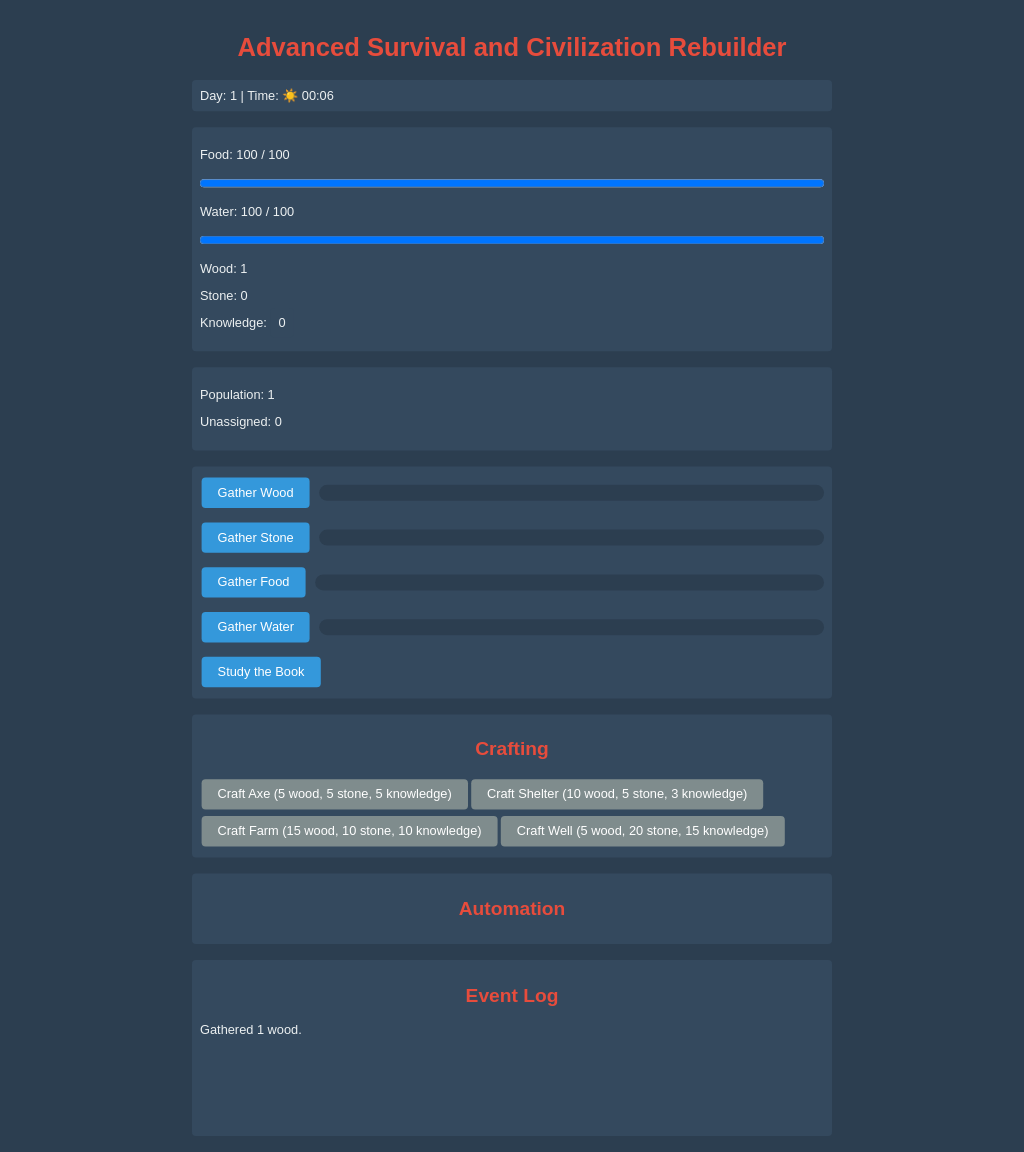
Repository: kingpinzs/afk-post-apocalyptic
Page: index.html
These files come from the project's save history. The page is drawn as it stood at one moment and after the next save; the edit follows.
The browser window is 1280 px wide. The pictures show the whole page, at 80% of full size.
After loading, the first visible `#gather-wood` was clicked once.

Above is the page before, as saved 2024-09-10 09:03:58.

### index.html
<!DOCTYPE html>
<html lang="en">
<head>
    <meta charset="UTF-8">
    <meta name="viewport" content="width=device-width, initial-scale=1.0">
    <title>Advanced Survival and Civilization Rebuilder</title>
    <link rel="stylesheet" href="styles.css">
</head>
<body>
    <div id="game-container">
        <h1>Advanced Survival and Civilization Rebuilder</h1>
        <div id="day-night-cycle">
            Day: <span id="day-count">1</span> | Time: <span id="time-emoji">🌅</span> <span id="time-display">00:00</span>
        </div>
        <div id="resources">
            <p>Food: <span id="food">100</span> / 100</p>
            <progress id="food-bar" value="100" max="100"></progress>
            <p>Water: <span id="water">100</span> / 100</p>
            <progress id="water-bar" value="100" max="100"></progress>
            <p>Wood: <span id="wood">0</span></p>
            <p>Stone: <span id="stone">0</span></p>
            <p>Knowledge: <span id="knowledge">0</span></p>
        </div>
        <div id="population">
            <p>Population: <span id="population-count">1</span></p>
            <p>Unassigned: <span id="unassigned-population">0</span></p>
        </div>
        <div id="actions">
            <div class="gather-action">
                <button id="gather-wood">Gather Wood</button>
                <div class="progress-bar-container">
                    <div id="wood-progress-bar" class="progress-bar"></div>
                </div>
            </div>
            <div class="gather-action">
                <button id="gather-stone">Gather Stone</button>
                <div class="progress-bar-container">
                    <div id="stone-progress-bar" class="progress-bar"></div>
                </div>
            </div>
            <div class="gather-action">
                <button id="gather-food">Gather Food</button>
                <div class="progress-bar-container">
                    <div id="food-progress-bar" class="progress-bar"></div>
                </div>
            </div>
            <div class="gather-action">
                <button id="gather-water">Gather Water</button>
                <div class="progress-bar-container">
                    <div id="water-progress-bar" class="progress-bar"></div>
                </div>
            </div>
            <button id="study">Study the Book</button>
        </div>
        <div id="crafting">
            <h2>Crafting</h2>
            <div id="craftable-items"></div>
        </div>
        <div id="automation">
            <h2>Automation</h2>
            <div id="automation-controls"></div>
        </div>
        <div id="log">
            <h2>Event Log</h2>
            <ul id="event-log"></ul>
        </div>
    </div>

    <div id="puzzle-popup" class="popup">
        <h2 id="puzzle-title"></h2>
        <p id="puzzle-description"></p>
        <input type="text" id="puzzle-answer" placeholder="Enter your answer">
        <button id="submit-puzzle">Submit Answer</button>
    </div>

    <script type="module" src="game.js"></script>
</body>
</html>

### styles.css
body {
    font-family: Arial, sans-serif;
    background-color: #2c3e50;
    color: #ecf0f1;
    margin: 0;
    padding: 0;
}

#game-container {
    max-width: 800px;
    margin: 0 auto;
    padding: 20px;
}

h1, h2 {
    text-align: center;
    color: #e74c3c;
}

#day-night-cycle, #resources, #actions, #crafting, #knowledge, #population, #automation {
    background-color: #34495e;
    border-radius: 5px;
    padding: 10px;
    margin-bottom: 20px;
}

button {
    background-color: #3498db;
    border: none;
    color: white;
    padding: 10px 20px;
    text-align: center;
    text-decoration: none;
    display: inline-block;
    font-size: 16px;
    margin: 4px 2px;
    cursor: pointer;
    border-radius: 5px;
    transition: background-color 0.3s;
}

button:hover {
    background-color: #2980b9;
}

button:disabled {
    background-color: #7f8c8d;
    cursor: not-allowed;
}

#log {
    background-color: #34495e;
    border-radius: 5px;
    padding: 10px;
    height: 200px;
    overflow-y: scroll;
}

#event-log {
    list-style-type: none;
    padding: 0;
}

#event-log li {
    margin-bottom: 5px;
}

progress {
    width: 100%;
    height: 20px;
}

.popup {
    display: none;
    position: fixed;
    top: 50%;
    left: 50%;
    transform: translate(-50%, -50%);
    background-color: #34495e;
    padding: 20px;
    border-radius: 5px;
    z-index: 1000;
}

.popup input {
    width: 100%;
    padding: 5px;
    margin-top: 10px;
}

.popup button {
    margin-top: 10px;
}

.gather-action {
    display: flex;
    align-items: center;
    margin-bottom: 10px;
}

.progress-bar-container {
    flex-grow: 1;
    height: 20px;
    background-color: #2c3e50;
    margin-left: 10px;
    border-radius: 10px;
    overflow: hidden;
}

.progress-bar {
    width: 0;
    height: 100%;
    background-color: #27ae60;
    transition: width 0.1s linear;
}

### game.js
// game.js

import { gameState, CONSTANTS, loadKnowledgeData } from './gameState.js';
import { updateDisplay, updateTimeDisplay, updateTimeEmoji, logEvent } from './ui.js';
import { gatherResource, consumeResources, produceResources, checkPopulationGrowth, study } from './resources.js';
import { updateCraftableItems, submitPuzzleAnswer, showPuzzle } from './crafting.js';
import { updateAutomationControls } from './automation.js';

function initializeGame() {
    loadKnowledgeData().then(() => {
        updateCraftableItems();
        updateAutomationControls();
    });

    // Event listeners
    document.getElementById('gather-wood').addEventListener('click', () => gatherResource('wood'));
    document.getElementById('gather-stone').addEventListener('click', () => gatherResource('stone'));
    document.getElementById('gather-food').addEventListener('click', () => gatherResource('food'));
    document.getElementById('gather-water').addEventListener('click', () => gatherResource('water'));
    document.getElementById('study').addEventListener('click', study);
    document.getElementById('submit-puzzle').addEventListener('click', submitPuzzleAnswer);

    // Start game loop
    setInterval(gameLoop, 1000); // Update every second
}

function gameLoop() {
    updateTime();
    if (gameState.time === 0) { // Start of a new day
        consumeResources();
        produceResources();
        checkPopulationGrowth();
    }
    checkSurvival();
    updateDisplay();
}

function updateTime() {
    gameState.time = (gameState.time + 1) % (CONSTANTS.DAY_LENGTH * 60);
    if (gameState.time === 0) {
        gameState.day += 1;
    }
    updateTimeEmoji();
    updateTimeDisplay();
}

function checkSurvival() {
    if (gameState.food <= 0 || gameState.water <= 0) {
        alert('Game Over! Your population did not survive.');
        resetGame();
    }
}

function resetGame() {
    Object.assign(gameState, {
        food: 100,
        water: 100,
        wood: 0,
        stone: 0,
        knowledge: 0,
        population: 1,
        unassignedPopulation: 0,
        day: 1,
        time: 0,
        craftedItems: {},
        automationAssignments: {}
    });
    updateDisplay();
    updateCraftableItems();
    updateAutomationControls();
}

// Initialize the game
initializeGame();

### gameState.js
// gameState.js

export const gameState = {
    food: 100,
    water: 100,
    wood: 0,
    stone: 0,
    knowledge: 0,
    population: 1,
    unassignedPopulation: 0,
    day: 1,
    time: 0,
    craftedItems: {},
    automationAssignments: {}
};

export const CONSTANTS = {
    DAY_LENGTH: 10, // 10 minutes per day
    DAY_PHASE: 5, // 5 minutes of daylight
    POPULATION_THRESHOLD: 50 // Resources required for population growth
};

export let knowledgeData;

export function loadKnowledgeData() {
    return fetch('knowledge_data.json')
        .then(response => response.json())
        .then(data => {
            knowledgeData = data;
        });
}

### ui.js
// ui.js

import { gameState, CONSTANTS, knowledgeData } from './gameState.js';

export function updateDisplay() {
    document.getElementById('food').textContent = Math.floor(gameState.food);
    document.getElementById('water').textContent = Math.floor(gameState.water);
    document.getElementById('wood').textContent = gameState.wood;
    document.getElementById('stone').textContent = gameState.stone;
    document.getElementById('knowledge').textContent = gameState.knowledge;
    document.getElementById('food-bar').value = gameState.food;
    document.getElementById('water-bar').value = gameState.water;
    document.getElementById('population-count').textContent = gameState.population;
    document.getElementById('unassigned-population').textContent = gameState.unassignedPopulation;
    document.getElementById('day-count').textContent = gameState.day;
}

export function updateTimeDisplay() {
    const hours = Math.floor(gameState.time / 60);
    const minutes = gameState.time % 60;
    document.getElementById('time-display').textContent = `${hours.toString().padStart(2, '0')}:${minutes.toString().padStart(2, '0')}`;
}

export function updateTimeEmoji() {
    const timeEmojiElement = document.getElementById('time-emoji');
    if (gameState.time < CONSTANTS.DAY_PHASE * 60) {
        timeEmojiElement.textContent = '☀️';
    } else {
        timeEmojiElement.textContent = '🌙';
    }
}

export function logEvent(message) {
    const eventLog = document.getElementById('event-log');
    const li = document.createElement('li');
    li.textContent = message;
    eventLog.prepend(li);
    if (eventLog.children.length > 5) {
        eventLog.removeChild(eventLog.lastChild);
    }
}

### resources.js
import { gameState, CONSTANTS } from './gameState.js';
import { logEvent, updateDisplay } from './ui.js';
import { updateAutomationControls } from './automation.js';
import { updateCraftableItems } from './crafting.js';

const gatheringTimes = {
    wood: 5000,  // 5 seconds
    stone: 7000, // 7 seconds
    food: 3000,  // 3 seconds
    water: 2000  // 2 seconds
};

const gatheringProgresses = {
    wood: 0,
    stone: 0,
    food: 0,
    water: 0
};

export function gatherResource(resource) {
    let amount = 1;
    if (resource === 'wood' && gameState.craftedItems.axe) {
        amount = gameState.craftedItems.axe.effect.woodGatheringMultiplier;
    }
    gameState[resource] += amount;
    logEvent(`Gathered ${amount} ${resource}.`);
    updateDisplay();
    updateCraftableItems();
}

export function consumeResources() {
    const consumptionRate = gameState.craftedItems.shelter ? 0.5 : 1;
    const foodConsumption = Math.min(gameState.food, consumptionRate * gameState.population);
    const waterConsumption = Math.min(gameState.water, consumptionRate * gameState.population);

    gameState.food -= foodConsumption;
    gameState.water -= waterConsumption;

    logEvent(`Consumed ${foodConsumption.toFixed(1)} food and ${waterConsumption.toFixed(1)} water for the day.`);
}

export function produceResources() {
    if (gameState.craftedItems.farm) {
        const foodProduced = gameState.craftedItems.farm.effect.foodProductionRate * (gameState.automationAssignments.farm || 0);
        gameState.food += foodProduced;
        logEvent(`Farm produced ${foodProduced.toFixed(1)} food.`);
    }
    if (gameState.craftedItems.well) {
        const waterProduced = gameState.craftedItems.well.effect.waterProductionRate * (gameState.automationAssignments.well || 0);
        gameState.water += waterProduced;
        logEvent(`Well produced ${waterProduced.toFixed(1)} water.`);
    }
    gameState.food = Math.min(gameState.food, 100);
    gameState.water = Math.min(gameState.water, 100);
}

export function checkPopulationGrowth() {
    if (gameState.food >= CONSTANTS.POPULATION_THRESHOLD && gameState.water >= CONSTANTS.POPULATION_THRESHOLD) {
        gameState.population += 1;
        gameState.unassignedPopulation += 1;
        gameState.food -= CONSTANTS.POPULATION_THRESHOLD;
        gameState.water -= CONSTANTS.POPULATION_THRESHOLD;
        logEvent("The population has grown! You have a new unassigned worker.");
        updateAutomationControls();
    }
}

export function study() {
    gameState.knowledge += 1;
    logEvent('Studied the book. Gained 1 knowledge point.');
    updateDisplay();
    updateCraftableItems();
}

### crafting.js
// crafting.js

import { gameState, knowledgeData } from './gameState.js';
import { logEvent, updateDisplay } from './ui.js';
import { updateAutomationControls } from './automation.js';

export function updateCraftableItems() {
    const craftableItemsContainer = document.getElementById('craftable-items');
    craftableItemsContainer.innerHTML = '';
    knowledgeData.items.forEach(item => {
        if (!gameState.craftedItems[item.id]) {
            const canCraft = Object.entries(item.requirements).every(([resource, amount]) => gameState[resource] >= amount);
            const button = document.createElement('button');
            button.textContent = `Craft ${item.name} (${Object.entries(item.requirements).map(([resource, amount]) => `${amount} ${resource}`).join(', ')})`;
            button.disabled = !canCraft;
            button.addEventListener('click', () => showPuzzle(item));
            craftableItemsContainer.appendChild(button);
        }
    });
}

export function submitPuzzleAnswer() {
    const puzzlePopup = document.getElementById('puzzle-popup');
    const itemId = puzzlePopup.dataset.itemId;
    const item = knowledgeData.items.find(i => i.id === itemId);
    if (document.getElementById('puzzle-answer').value.toLowerCase() === item.puzzleAnswer.toLowerCase()) {
        craftItem(item);
        puzzlePopup.style.display = 'none';
    } else {
        alert('Incorrect answer. Try again!');
    }
}

function craftItem(item) {
    Object.entries(item.requirements).forEach(([resource, amount]) => {
        gameState[resource] -= amount;
    });
    gameState.craftedItems[item.id] = item;
    logEvent(`Crafted ${item.name}!`);
    updateDisplay();
    updateCraftableItems();
    updateAutomationControls();
}

// Make sure showPuzzle is exported
export function showPuzzle(item) {
    const puzzlePopup = document.getElementById('puzzle-popup');
    document.getElementById('puzzle-title').textContent = `Craft ${item.name}`;
    document.getElementById('puzzle-description').textContent = item.puzzle;
    document.getElementById('puzzle-answer').value = '';
    puzzlePopup.style.display = 'block';
    puzzlePopup.dataset.itemId = item.id;
}

### automation.js
// automation.js

import { gameState } from './gameState.js';
import { updateDisplay } from './ui.js';

export function updateAutomationControls() {
    const automationControlsContainer = document.getElementById('automation-controls');
    automationControlsContainer.innerHTML = '';
    Object.entries(gameState.craftedItems).forEach(([itemId, item]) => {
        if (item.effect.foodProductionRate || item.effect.waterProductionRate) {
            const div = document.createElement('div');
            div.innerHTML = `
                <p>${item.name}: <span id="${itemId}-assigned">0</span> assigned</p>
                <button id="${itemId}-assign">+</button>
                <button id="${itemId}-unassign">-</button>
            `;
            automationControlsContainer.appendChild(div);

            document.getElementById(`${itemId}-assign`).addEventListener('click', () => assignWorker(itemId));
            document.getElementById(`${itemId}-unassign`).addEventListener('click', () => unassignWorker(itemId));
        }
    });
}

function assignWorker(itemId) {
    if (gameState.unassignedPopulation > 0) {
        gameState.automationAssignments[itemId] = (gameState.automationAssignments[itemId] || 0) + 1;
        gameState.unassignedPopulation -= 1;
        updateAutomationDisplay();
    }
}

function unassignWorker(itemId) {
    if (gameState.automationAssignments[itemId] > 0) {
        gameState.automationAssignments[itemId] -= 1;
        gameState.unassignedPopulation += 1;
        updateAutomationDisplay();
    }
}

function updateAutomationDisplay() {
    Object.entries(gameState.automationAssignments).forEach(([itemId, count]) => {
        const assignedElement = document.getElementById(`${itemId}-assigned`);
        if (assignedElement) {
            assignedElement.textContent = count;
        }
    });
    updateDisplay();
}

### knowledge_data.json
{
    "items": [
      {
        "id": "axe",
        "name": "Axe",
        "description": "Improves wood gathering efficiency",
        "requirements": {
          "wood": 5,
          "stone": 5,
          "knowledge": 5
        },
        "puzzle": "What has a handle and a head, but no arms or legs?",
        "puzzleAnswer": "axe",
        "effect": {
          "woodGatheringMultiplier": 2
        }
      },
      {
        "id": "shelter",
        "name": "Shelter",
        "description": "Reduces resource consumption",
        "requirements": {
          "wood": 10,
          "stone": 5,
          "knowledge": 3
        },
        "puzzle": "I keep you safe, I keep you dry, I'm built with care, up toward the sky. What am I?",
        "puzzleAnswer": "shelter",
        "effect": {
          "resourceConsumptionMultiplier": 0.5
        }
      },
      {
        "id": "farm",
        "name": "Farm",
        "description": "Produces food over time",
        "requirements": {
          "wood": 15,
          "stone": 10,
          "knowledge": 10
        },
        "puzzle": "With seeds and soil, sun and rain, I help your food to grow again. What am I?",
        "puzzleAnswer": "farm",
        "effect": {
          "foodProductionRate": 0.1
        }
      },
      {
        "id": "well",
        "name": "Well",
        "description": "Produces water over time",
        "requirements": {
          "wood": 5,
          "stone": 20,
          "knowledge": 15
        },
        "puzzle": "Deep in the earth, I'm built with care, to bring up something vital and rare. What am I?",
        "puzzleAnswer": "well",
        "effect": {
          "waterProductionRate": 0.2
        }
      }
    ]
  }

After the next save:
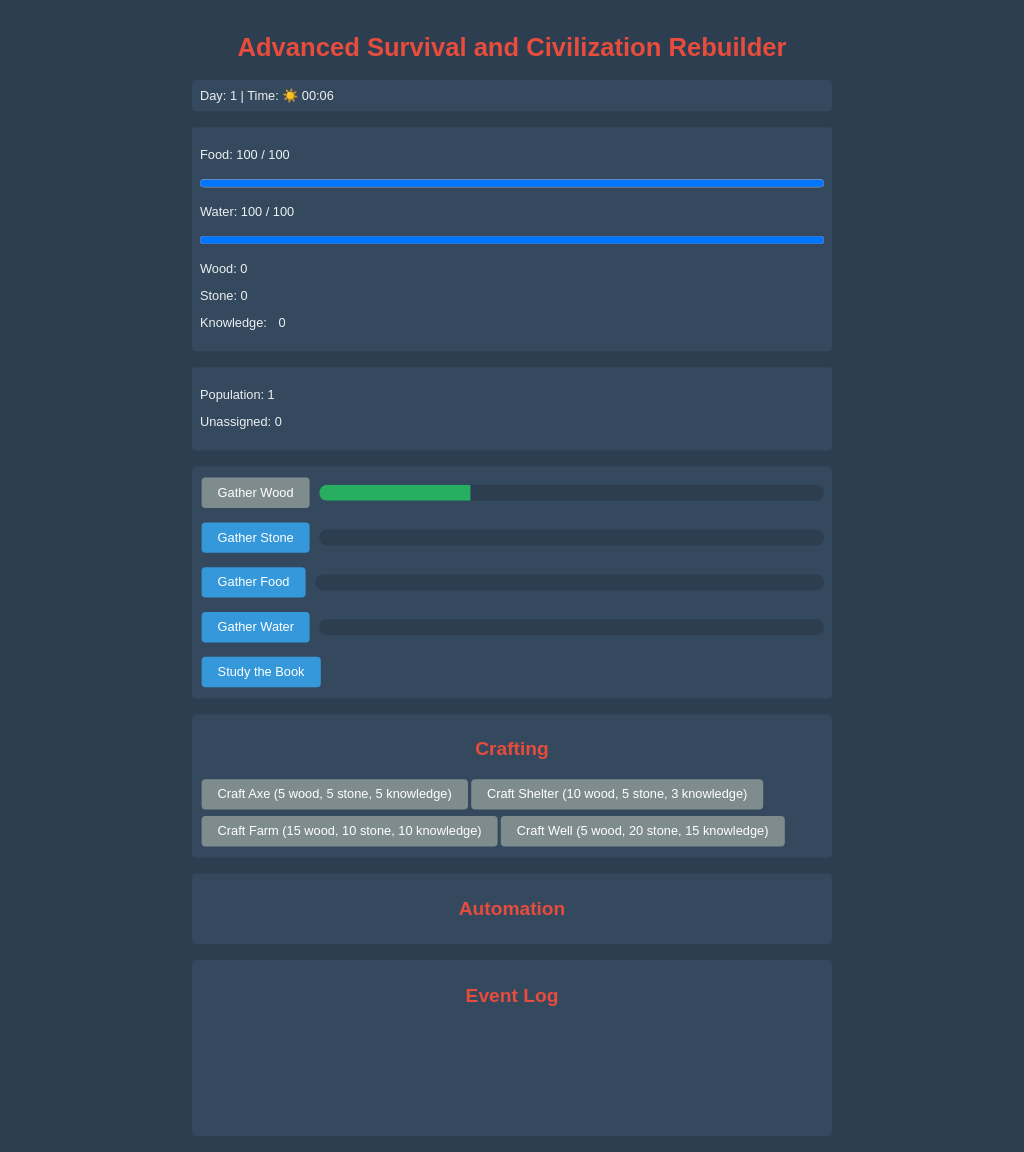
Saved 40 s later.
--- a/resources.js
+++ b/resources.js
@@ -18,6 +18,40 @@ const gatheringProgresses = {
 };
 
 export function gatherResource(resource) {
+    const button = document.getElementById(`gather-${resource}`);
+    const progressBar = document.getElementById(`${resource}-progress-bar`);
+
+    if (button.disabled) return;  // If already gathering, do nothing
+
+    button.disabled = true;
+    let progress = 0;
+    const interval = 100;  // Update every 100ms
+    const duration = getGatheringTime(resource);
+
+    const progressInterval = setInterval(() => {
+        progress += interval;
+        const percentage = (progress / duration) * 100;
+        progressBar.style.width = `${percentage}%`;
+
+        if (progress >= duration) {
+            clearInterval(progressInterval);
+            completeGathering(resource);
+            button.disabled = false;
+            progressBar.style.width = '0%';
+        }
+    }, interval);
+}
+
+function getGatheringTime(resource) {
+    let time = gatheringTimes[resource];
+    if (resource === 'wood' && gameState.craftedItems.axe) {
+        time /= gameState.craftedItems.axe.effect.woodGatheringMultiplier;
+    }
+    // You can add more modifiers here based on other upgrades or skills
+    return time;
+}
+
+function completeGathering(resource) {
     let amount = 1;
     if (resource === 'wood' && gameState.craftedItems.axe) {
         amount = gameState.craftedItems.axe.effect.woodGatheringMultiplier;
